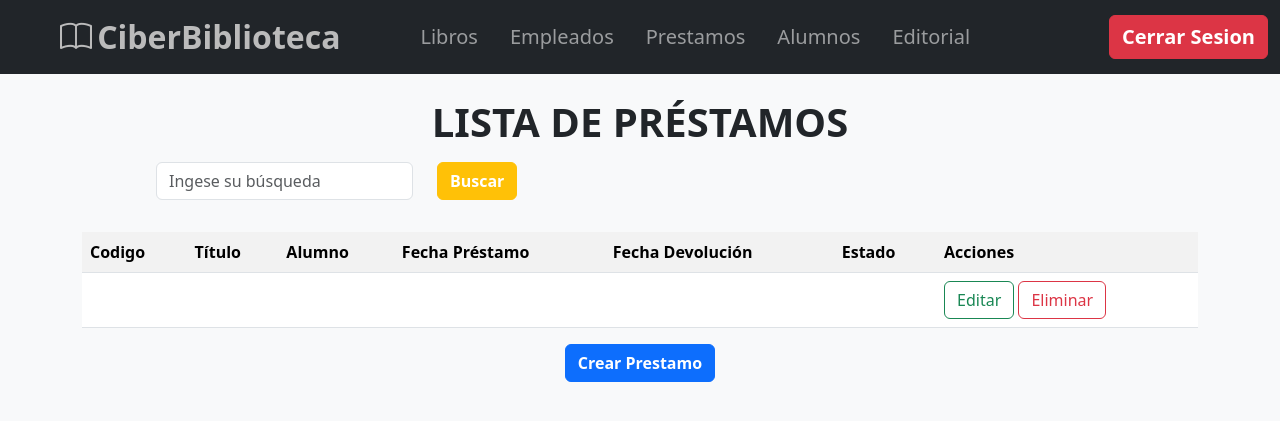
Repository: WilmerOcampo/LP1_Biblioteca
Page: http://localhost/Proyecto/listaPrestamos.jsp
The author's editor kept a copy of each file at every save. The page is drawn from the files as they stood at one save, then again after the next save.
The browser window is 1280 px wide. The pictures show the whole page.
The page is served by Tomcat 10.

Above is the page before, as saved 2023-05-31 22:05:59.

After the next save:
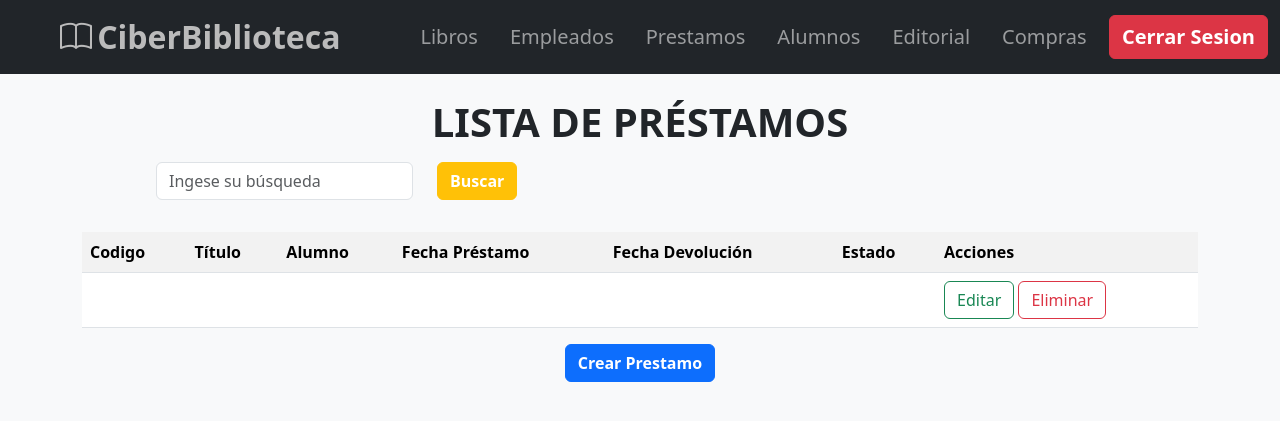
Saved 20 s later.
--- a/Proyecto/src/main/webapp/listaPrestamos.jsp
+++ b/Proyecto/src/main/webapp/listaPrestamos.jsp
@@ -44,6 +44,9 @@
                   </li>
                    <li class="nav-item" style="margin:0 0.5rem">
                     <a class="nav-link" href="listaEditorial.jsp">Editorial</a>
+                  </li>
+                  <li class="nav-item" style="margin:0 0.5rem">
+                    <a class="nav-link" href="listaEditorial.jsp">Compras</a>
                   </li>
                  </ul>
 
